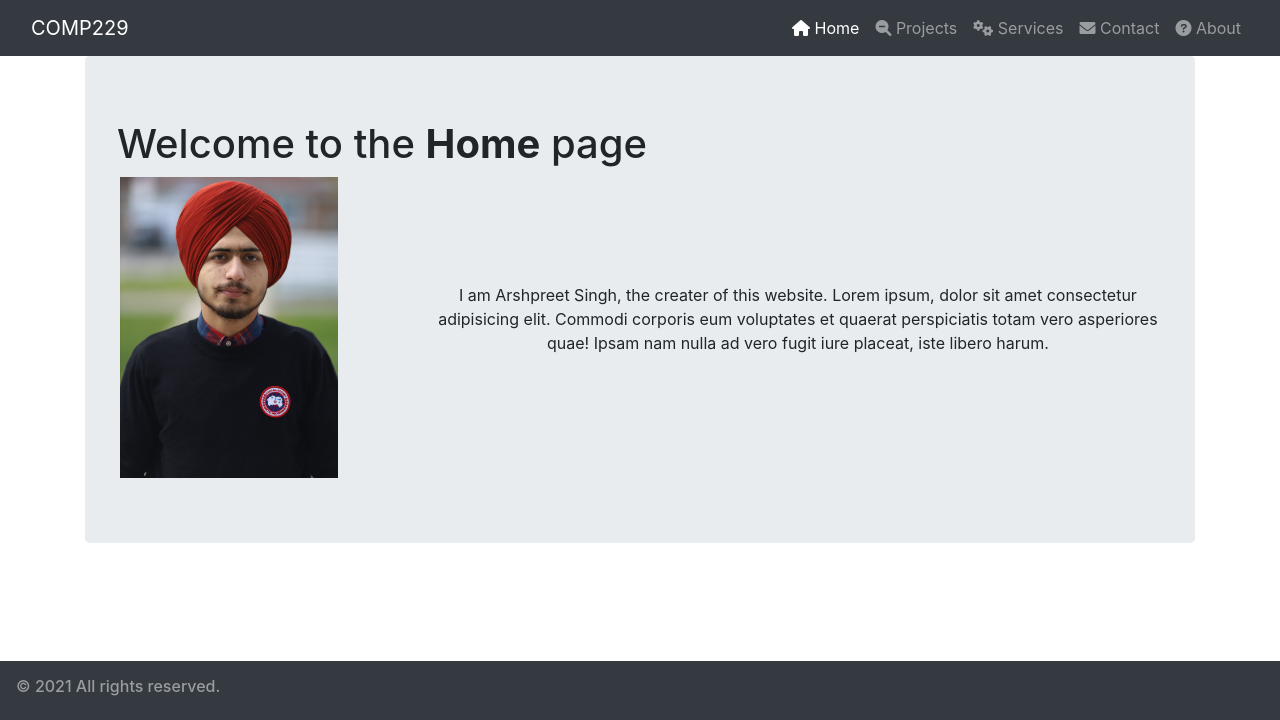
Repository: arsh16/week3_demo2
Page: http://localhost/
The author's editor kept a copy of each file at every save. The page is drawn from the files as they stood at one save, then again after the next save.
The browser window is 1280 px wide. The pictures show the whole page.
Some web libraries are served in a nearby version. The page is served by the project's Node server (server.js).

Above is the page before, as saved 2021-09-30 17:54:01.

After the next save:
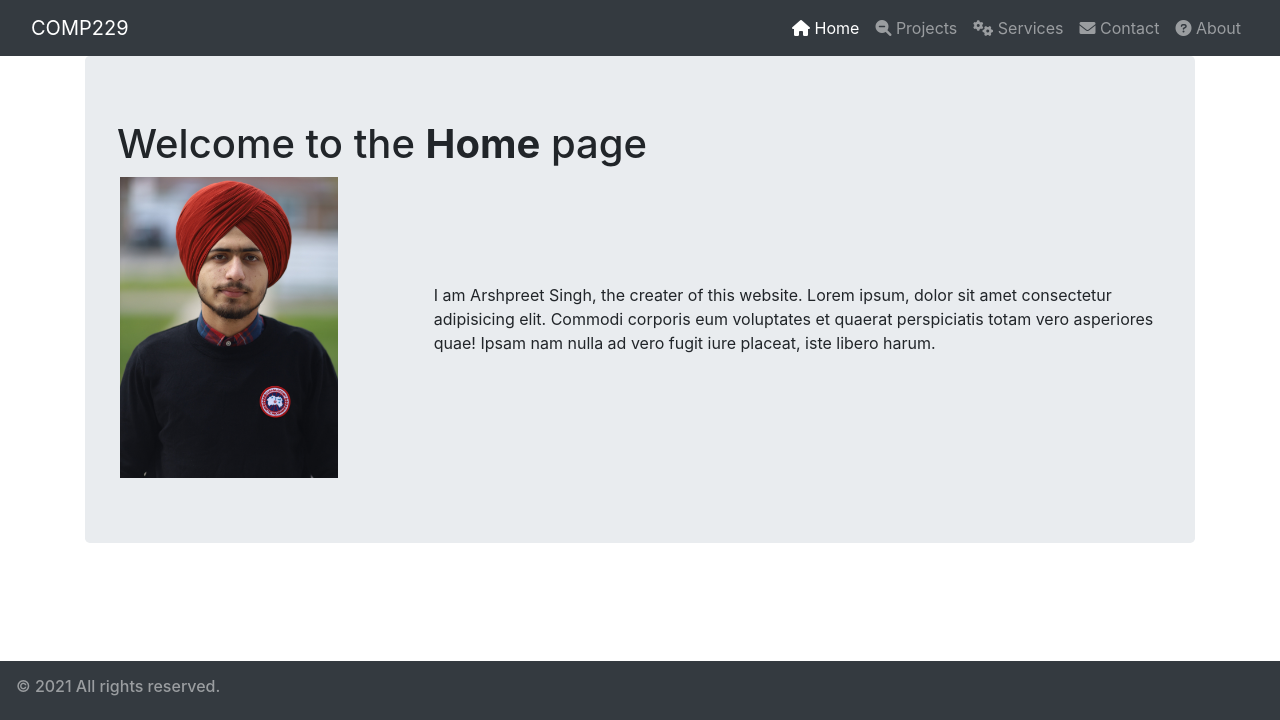
Saved 18 s later.
--- a/views/contents/home.ejs
+++ b/views/contents/home.ejs
@@ -4,7 +4,7 @@
             <img src="\Assets\images\arsh.jpg" width="70%" >
         </td>
         <td>
-            <p style="text-align: center;">I am Arshpreet Singh, the creater of this website. Lorem ipsum, dolor sit amet consectetur adipisicing elit. Commodi corporis eum voluptates et quaerat perspiciatis totam vero asperiores quae! Ipsam nam nulla ad vero fugit iure placeat, iste libero harum. </p>
+            <p >I am Arshpreet Singh, the creater of this website. Lorem ipsum, dolor sit amet consectetur adipisicing elit. Commodi corporis eum voluptates et quaerat perspiciatis totam vero asperiores quae! Ipsam nam nulla ad vero fugit iure placeat, iste libero harum. </p>
         </td>
     </th>
 </table>
